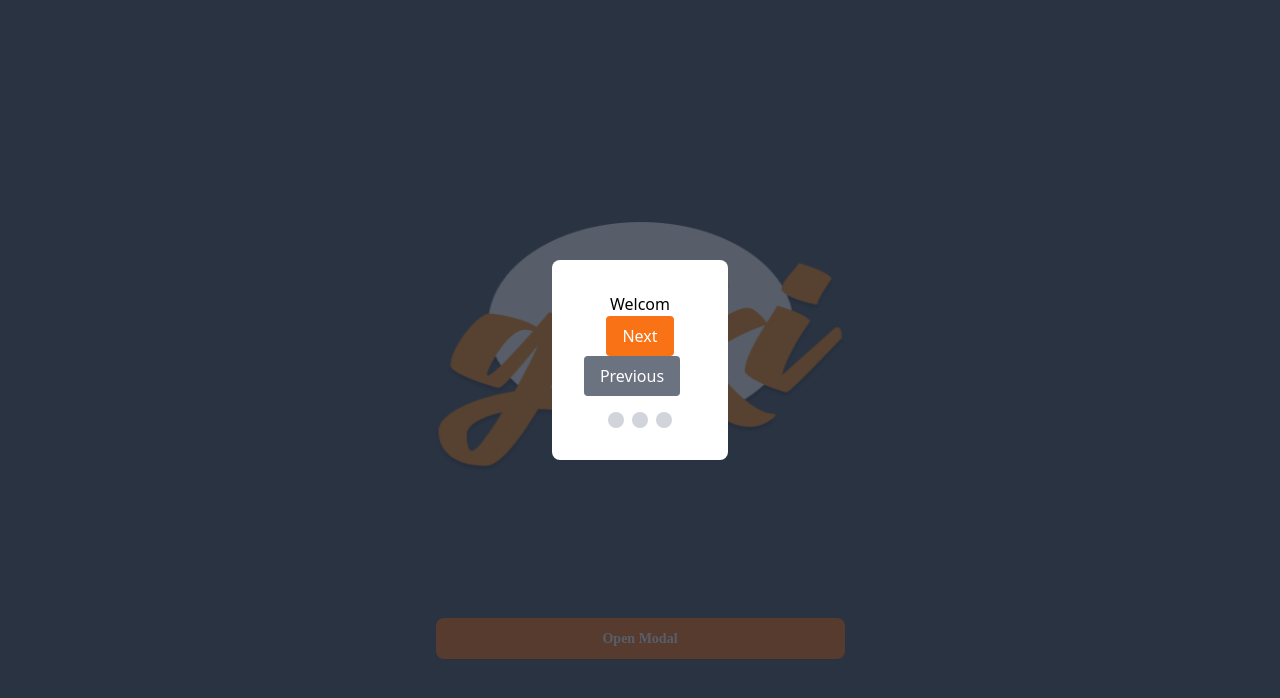
Repository: ZakariaZhlat125/lucatctyteste
Page: /, after clicking the first element matching `button.mt-36`
An editor plug-in stored every save of this project. The page is shown before and after the next save, followed by the edit.
The browser window is 1280 px wide. The pictures show the whole page.
The project was rebuilt for these pictures with package versions that can differ from the ones it lists, and the page was loaded fresh each time. Also part of the build but not shown: vite.config.js, src/Components/ModalComponents/PickLang.jsx, src/Components/ModalComponents/SelectImage.jsx.

Above is the page before, as saved 2023-09-29 10:22:30.

After the next save:
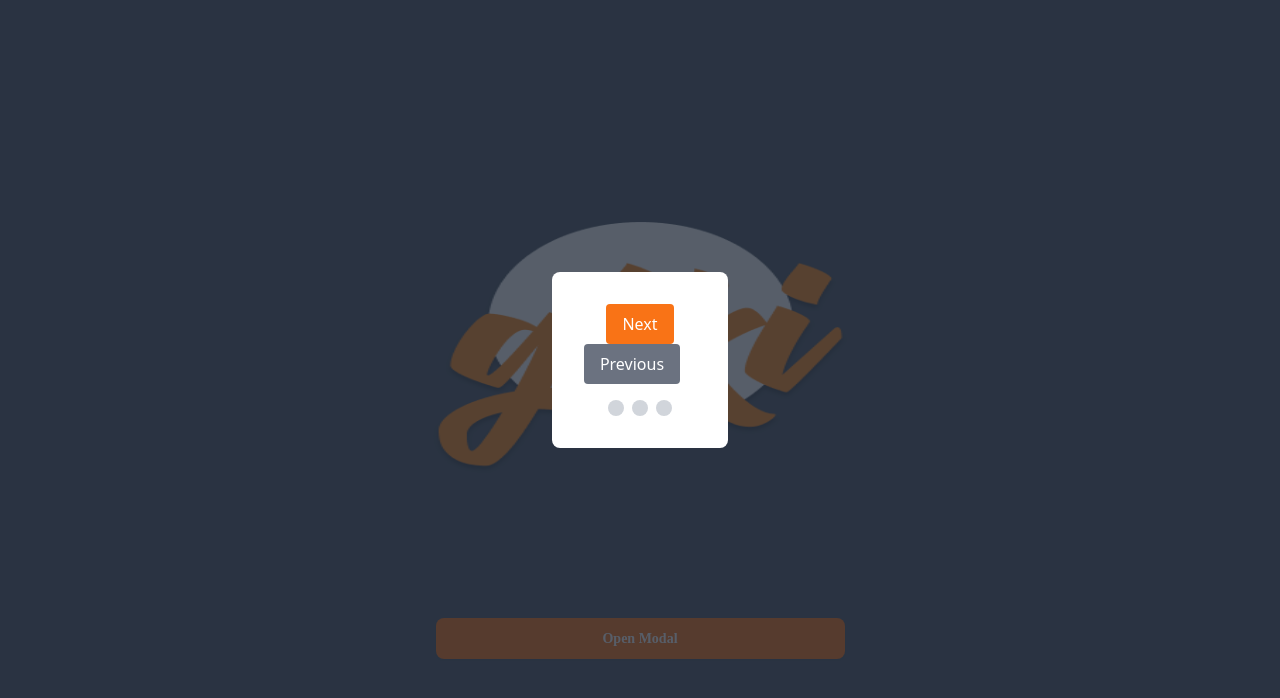
Saved 69 s later.
--- a/src/Components/ModalComponents/Welcom.jsx
+++ b/src/Components/ModalComponents/Welcom.jsx
@@ -2,7 +2,9 @@
 
 const Welcom = () => {
   return (
-    <div>Welcom</div>
+    <div className='flex flex-col justify-center items-center'>
+
+    </div>
   )
 }
 

After the save that followed:
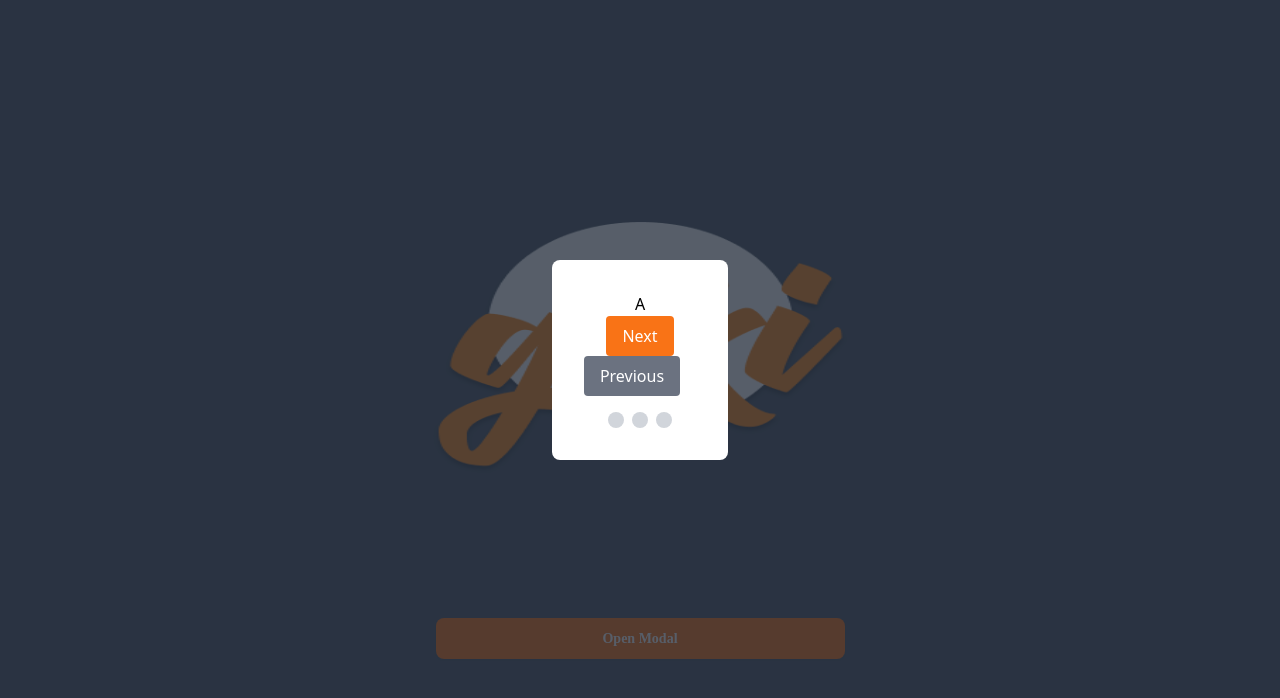
Saved 10 s later.
--- a/src/Components/ModalComponents/Welcom.jsx
+++ b/src/Components/ModalComponents/Welcom.jsx
@@ -3,7 +3,9 @@
 const Welcom = () => {
   return (
     <div className='flex flex-col justify-center items-center'>
-
+        <div>
+            <p>A</p>
+        </div>
     </div>
   )
 }
